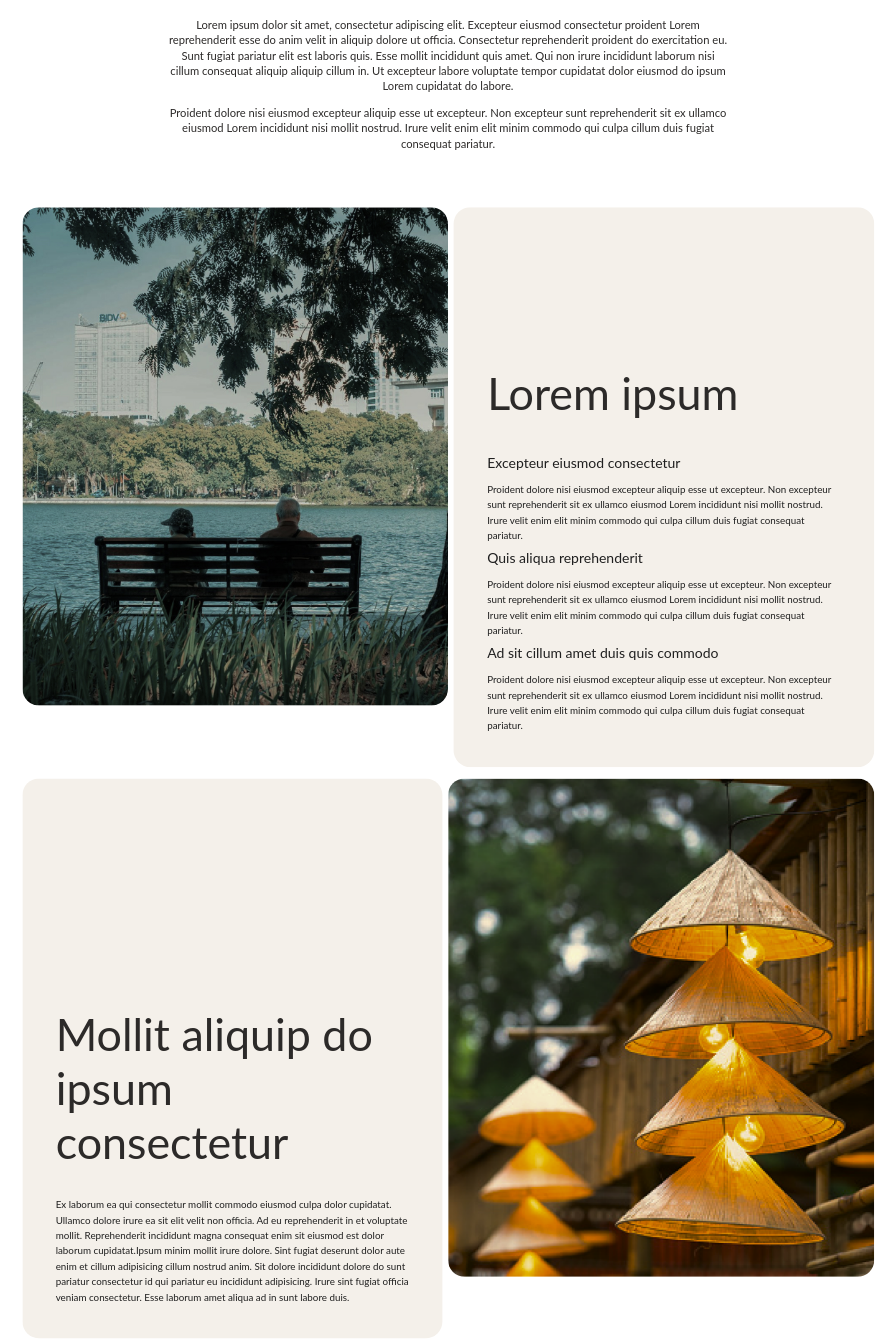
Repository: PhamNguyen2608/WGT-test
Page: index.html
These files come from the project's save history. The page is drawn as it stood at one moment and after the next save; the edit follows.
The browser window is 1280 px wide. The pictures show the part of the page from y = 740 to 2660 px (the page is 2660 px tall before and 2644 px after), at 70% of full size.
A picture or video elsewhere on the page could not be fetched, so the positions and the page height are approximate.

Above is the page before, as saved 2024-11-12 15:37:40.

After the next save:
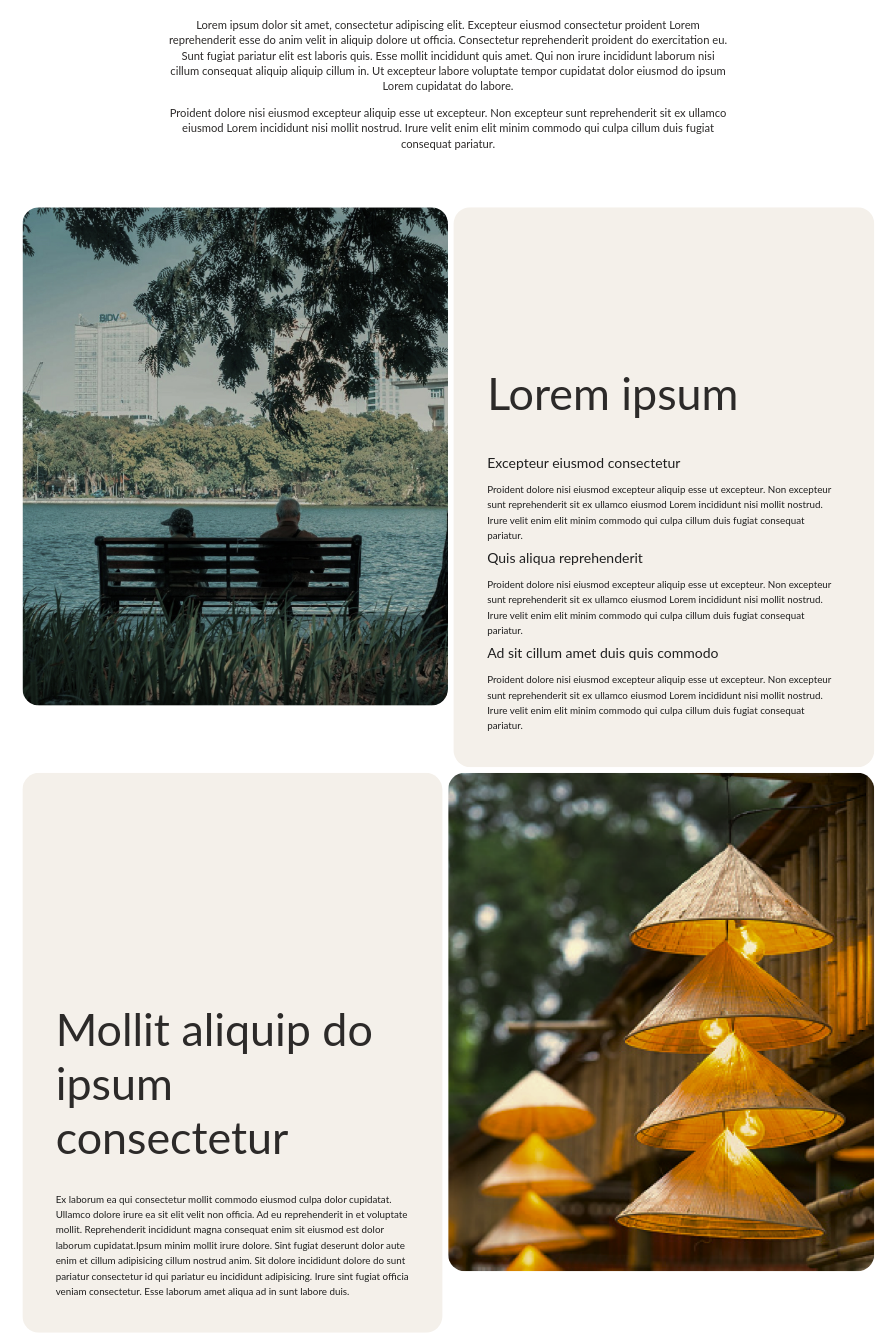
Saved 81 s later.
--- a/asset/css/components/content-section.css
+++ b/asset/css/components/content-section.css
@@ -9,8 +9,7 @@
     border-radius: 12px;
     overflow: hidden;
     gap: var(--spacing-small);
-    margin-bottom:  var(--spacing-small) ;
-
+    margin: 0 auto;
 }
 
 .content-section.reverse {
